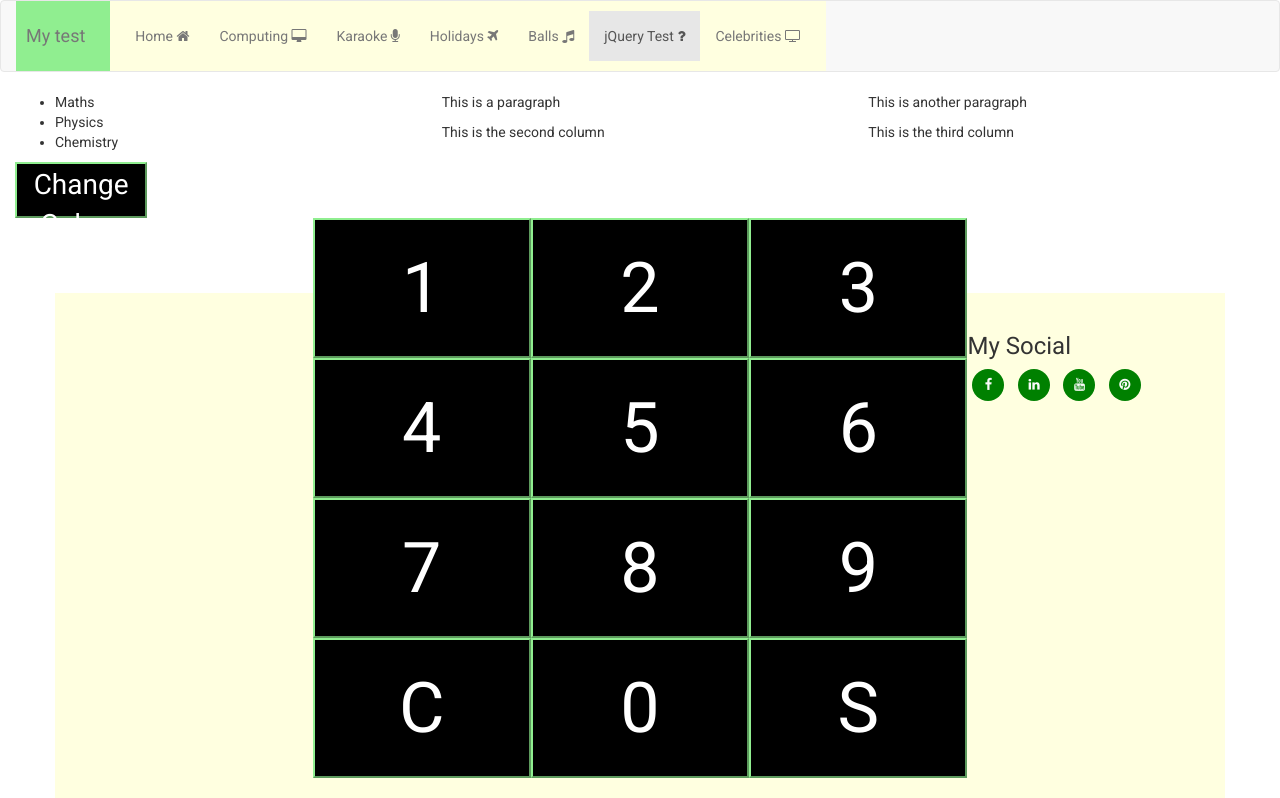
Repository: derektypist/bootstrap
Page: jquerydemo.html
The author's editor kept a record of every edit. The page is drawn from the files as they stood at one moment, then again after the next edit.
The browser window is 1280 px wide. The pictures show the whole page.
Some web libraries are served in a nearby version.

Above is the page before.

After the next edit:
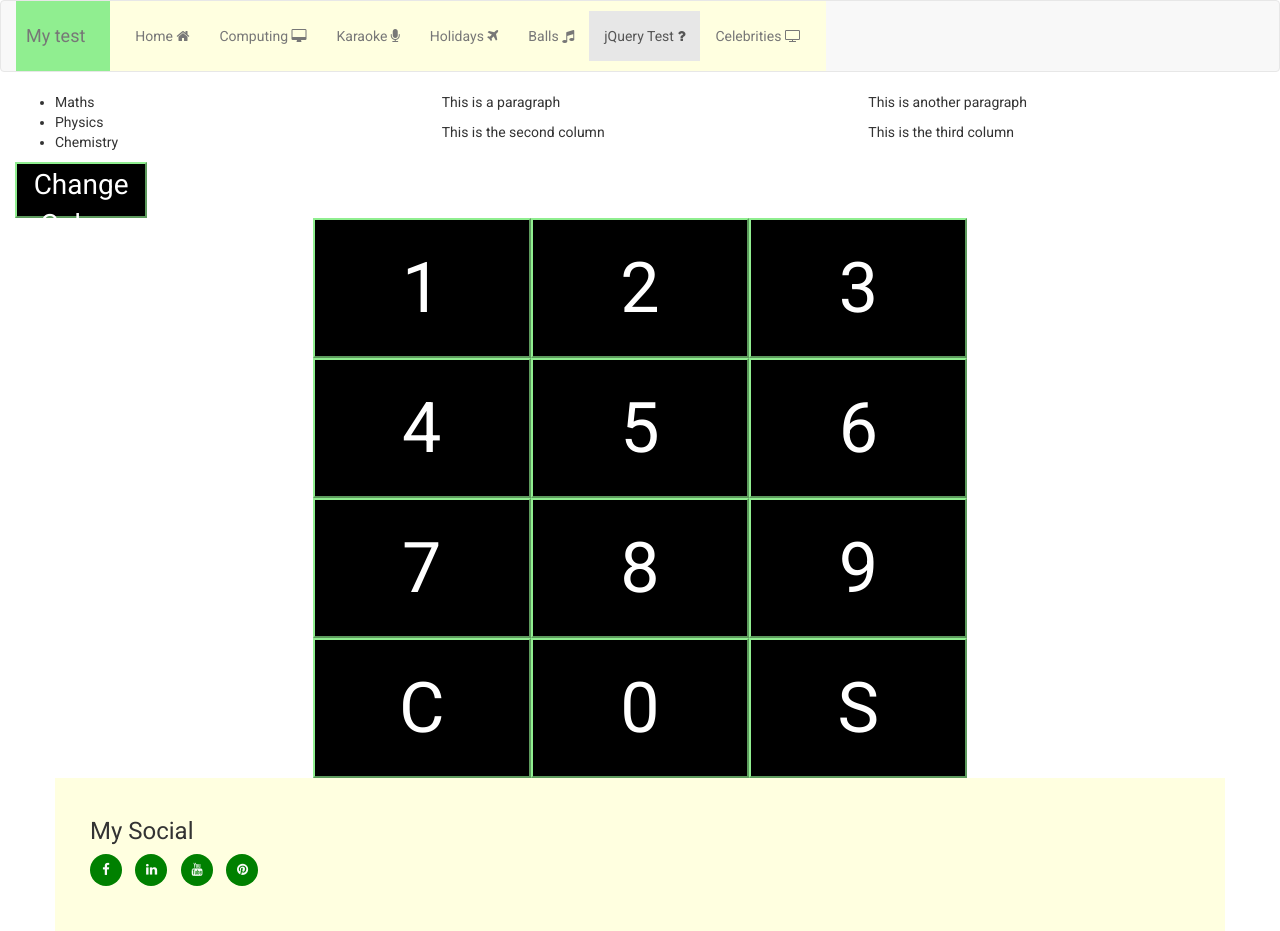
The edit:
--- a/jquerydemo.html
+++ b/jquerydemo.html
@@ -110,7 +110,7 @@
 
             </article>
         </article>
-
+    </section>
 
      <!-- Footer -->
        <footer class="container">
